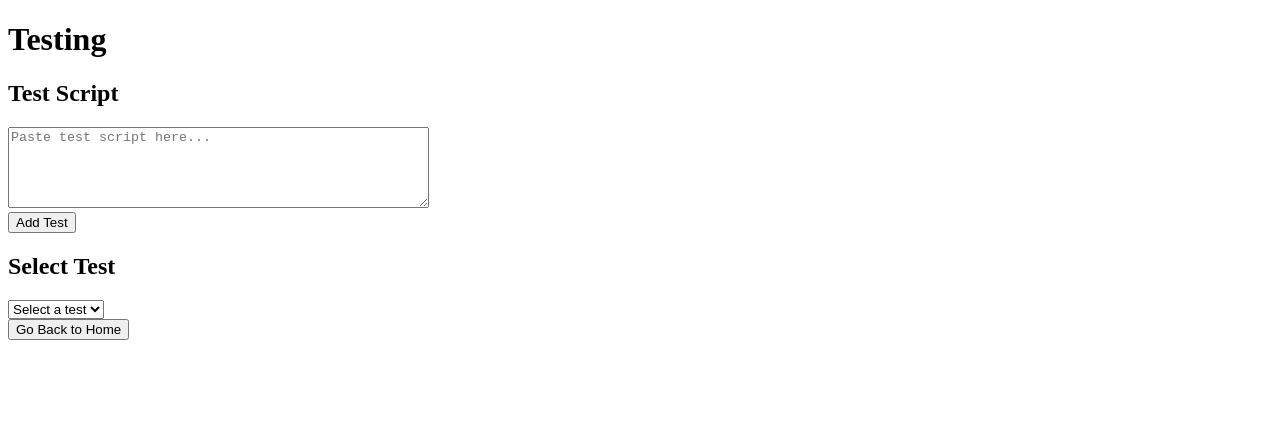
Repository: Adeolaode0/Audit-Flow-AI
Page: http://localhost/
The author's editor kept a copy of each file at every save. The page is drawn from the files as they stood at one save, then again after the next save.
The browser window is 1280 px wide. The pictures show the whole page.
The page is served by the project's application, run on Flask 3 (app.py).

Above is the page before, as saved 2025-07-11 01:19:47.

After the next save:
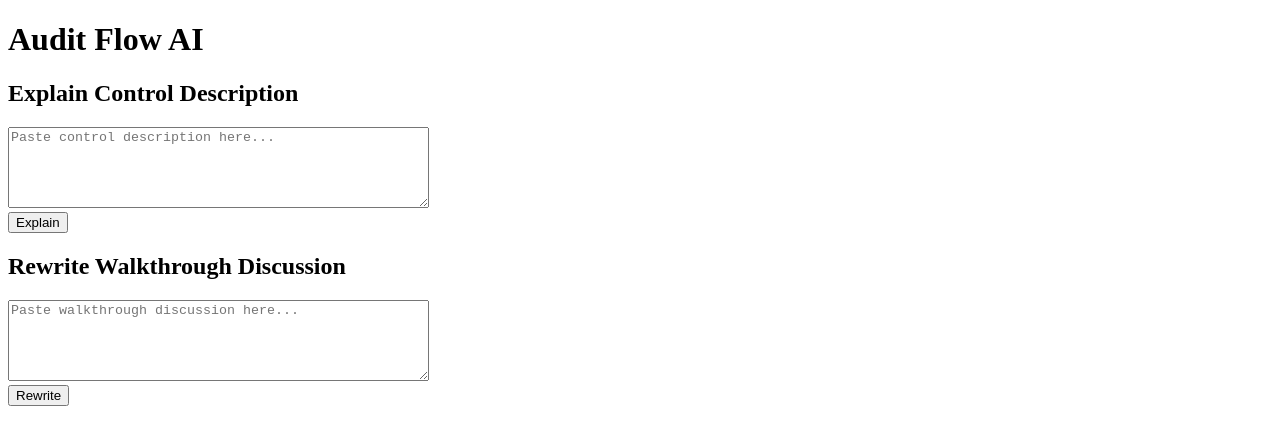
Saved 31 s later.
--- a/templates/index.html
+++ b/templates/index.html
@@ -3,46 +3,47 @@
 <head>
     <meta charset="UTF-8">
     <meta name="viewport" content="width=device-width, initial-scale=1.0">
-    <title>Testing</title>
+    <title>Audit Flow AI</title>
 </head>
 <body>
-    <h1>Testing</h1>
+    <h1>Audit Flow AI</h1>
 
     <section>
-        <h2>Test Script</h2>
-        <textarea id="test-script" rows="5" cols="50" placeholder="Paste test script here..."></textarea><br>
-        <button onclick="addTest()">Add Test</button>
+        <h2>Explain Control Description</h2>
+        <textarea id="control-description" rows="5" cols="50" placeholder="Paste control description here..."></textarea><br>
+        <button onclick="explainControl()">Explain</button>
+        <p id="explanation-result"></p>
     </section>
 
     <section>
-        <h2>Select Test</h2>
-        <select id="test-dropdown">
-            <option value="" disabled selected>Select a test</option>
-            <!-- Dropdown options will be dynamically added -->
-        </select>
-    </section>
-
-    <section>
-        <button onclick="goHome()">Go Back to Home</button>
+        <h2>Rewrite Walkthrough Discussion</h2>
+        <textarea id="walkthrough-discussion" rows="5" cols="50" placeholder="Paste walkthrough discussion here..."></textarea><br>
+        <button onclick="rewriteWalkthrough()">Rewrite</button>
+        <p id="rewrite-result"></p>
     </section>
 
     <script>
-        const testDropdown = document.getElementById("test-dropdown");
-
-        function addTest() {
-            const testScript = document.getElementById("test-script").value;
-            if (testScript) {
-                const option = document.createElement("option");
-                option.text = testScript;
-                testDropdown.add(option);
-                document.getElementById("test-script").value = ""; // Clear the textarea
-            } else {
-                alert("Please enter a test script.");
-            }
+        async function explainControl() {
+            const controlDescription = document.getElementById("control-description").value;
+            const response = await fetch("/api/explain", {
+                method: "POST",
+                headers: { "Content-Type": "application/json" },
+                body: JSON.stringify({ control_description: controlDescription })
+            });
+            const result = await response.json();
+            document.getElementById("explanation-result").innerText = result.explanation || result.error;
         }
 
-        function goHome() {
-            window.location.href = "/";
+        async function rewriteWalkthrough() {
+            const controlDescription = document.getElementById("control-description").value;
+            const walkthroughDiscussion = document.getElementById("walkthrough-discussion").value;
+            const response = await fetch("/api/rewrite-walkthrough", {
+                method: "POST",
+                headers: { "Content-Type": "application/json" },
+                body: JSON.stringify({ control_description: controlDescription, walkthrough_discussion: walkthroughDiscussion })
+            });
+            const result = await response.json();
+            document.getElementById("rewrite-result").innerText = result.narrative || result.error;
         }
     </script>
 </body>
